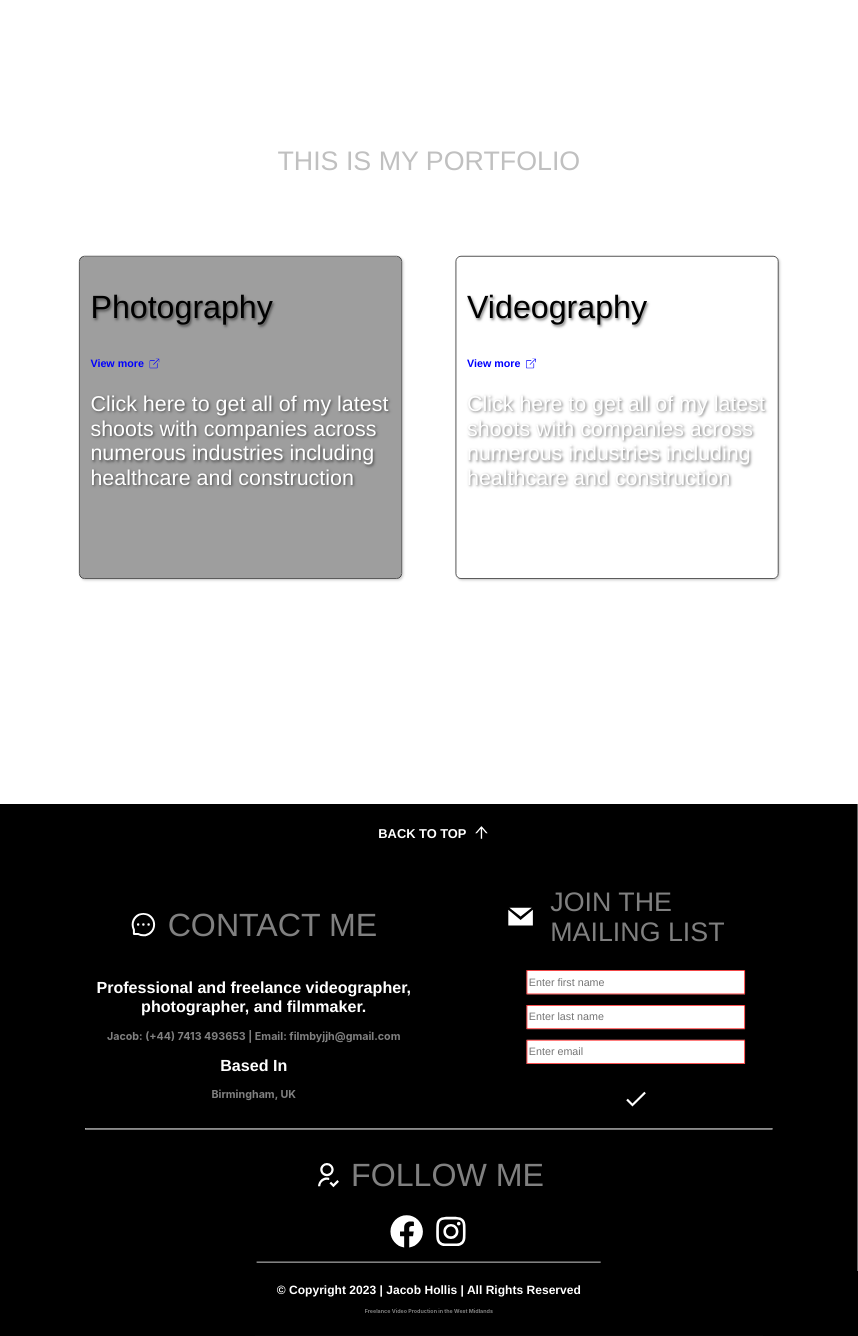
Repository: ThomasMTurner/filmbyjjh-portfolio
Page: /portfolio (app in client/)
An editor plug-in stored every save of this project. The page is shown before and after the next save, followed by the edit.
The browser window is 1280 px wide. The pictures show the whole page, at 67% of full size.
Pictures or frames that could not be fetched are drawn as grey boxes. The project was rebuilt for these pictures with package versions that can differ from the ones it lists, and the page was loaded fresh each time. Also part of the build but not shown: client/vite.config.js, client/src/pages/Components/TagComponents.jsx, client/src/pages/Components/Post.jsx, client/src/pages/Components/SearchBar.jsx, client/src/pages/Updates.jsx, client/src/pages/Contact.jsx, client/src/pages/Components/InitialLogin.jsx, client/src/pages/Home.jsx and 2 more. Imported but missing from the stored project, and not drawn on this page: client/src/pages/Components/Videos/header.mp4, client/src/pages/Components/Videos/portfolio-reel.mp4.

Above is the page before, as saved 2023-10-20 13:04:41.

After the next save:
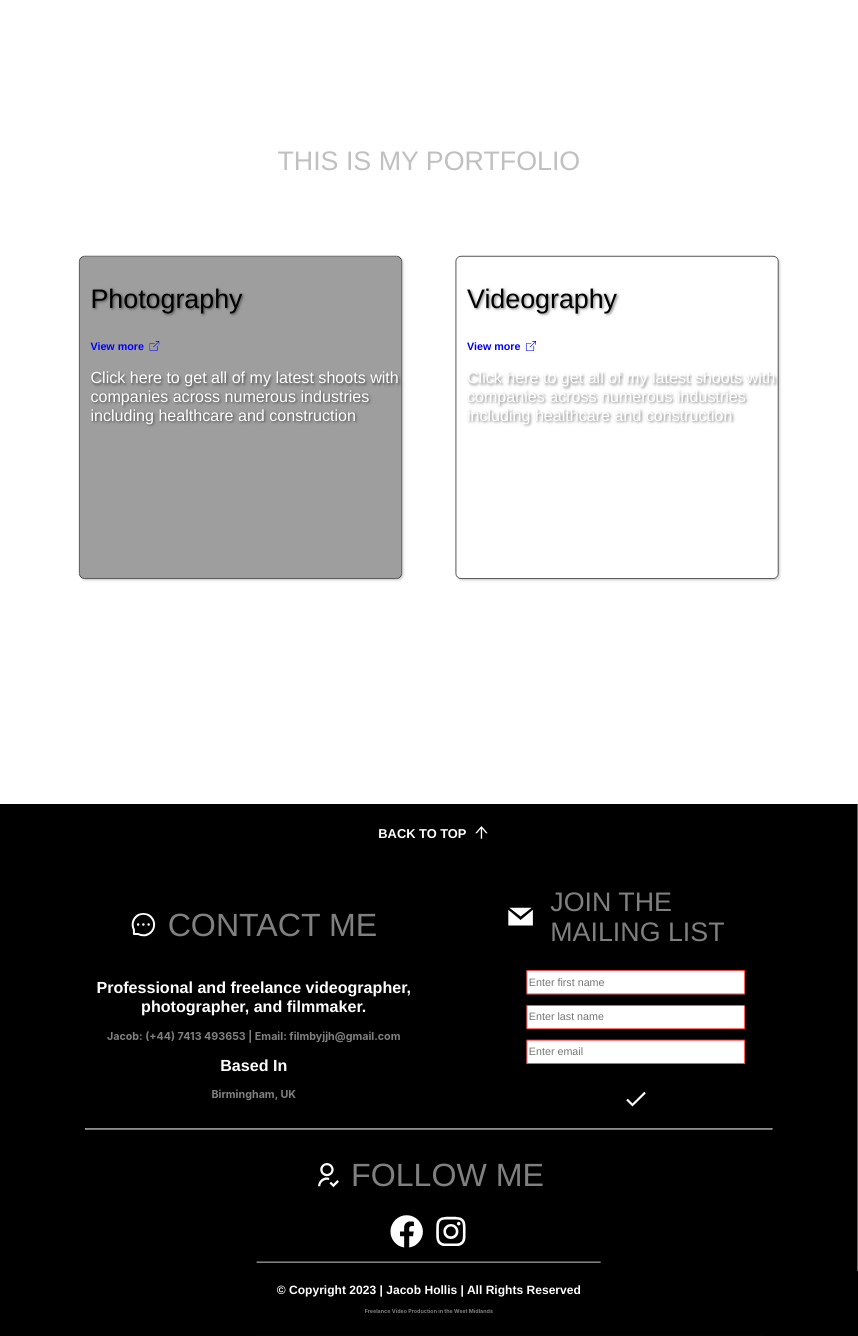
Saved 7 s later.
--- a/client/src/pages/Portfolio.jsx
+++ b/client/src/pages/Portfolio.jsx
@@ -6,9 +6,9 @@ const PortfolioCard = (props) => {
     console.log(props.title.toLowerCase().slice(0, 5))
     return (
         <div className={`portfolio-card portfolio-card-${props.title.toLowerCase()}`}>
-            <p style={{fontFamily:'helvetica', fontWeight:'200', fontSize:'3rem', color:'black'}}>{props.title}</p>
+            <p style={{fontFamily:'helvetica', fontWeight:'200', fontSize:'2.5rem', color:'black'}}>{props.title}</p>
             <button className='portfolio-card-button' type="button" onClick={() => navigate(`/portfolio/${props.title.toLowerCase().slice(0, 5)}`)}>View more <BsBoxArrowUpRight color={'blue'} size={15} /></button>
-            <p style={{fontFamily:'helvetica', fontWeight:'200', fontSize:'2rem'}}>{props.desc}</p>
+            <p style={{fontFamily:'helvetica', fontWeight:'200', fontSize:'1.5rem'}}>{props.desc}</p>
         </div>
     )
 }
